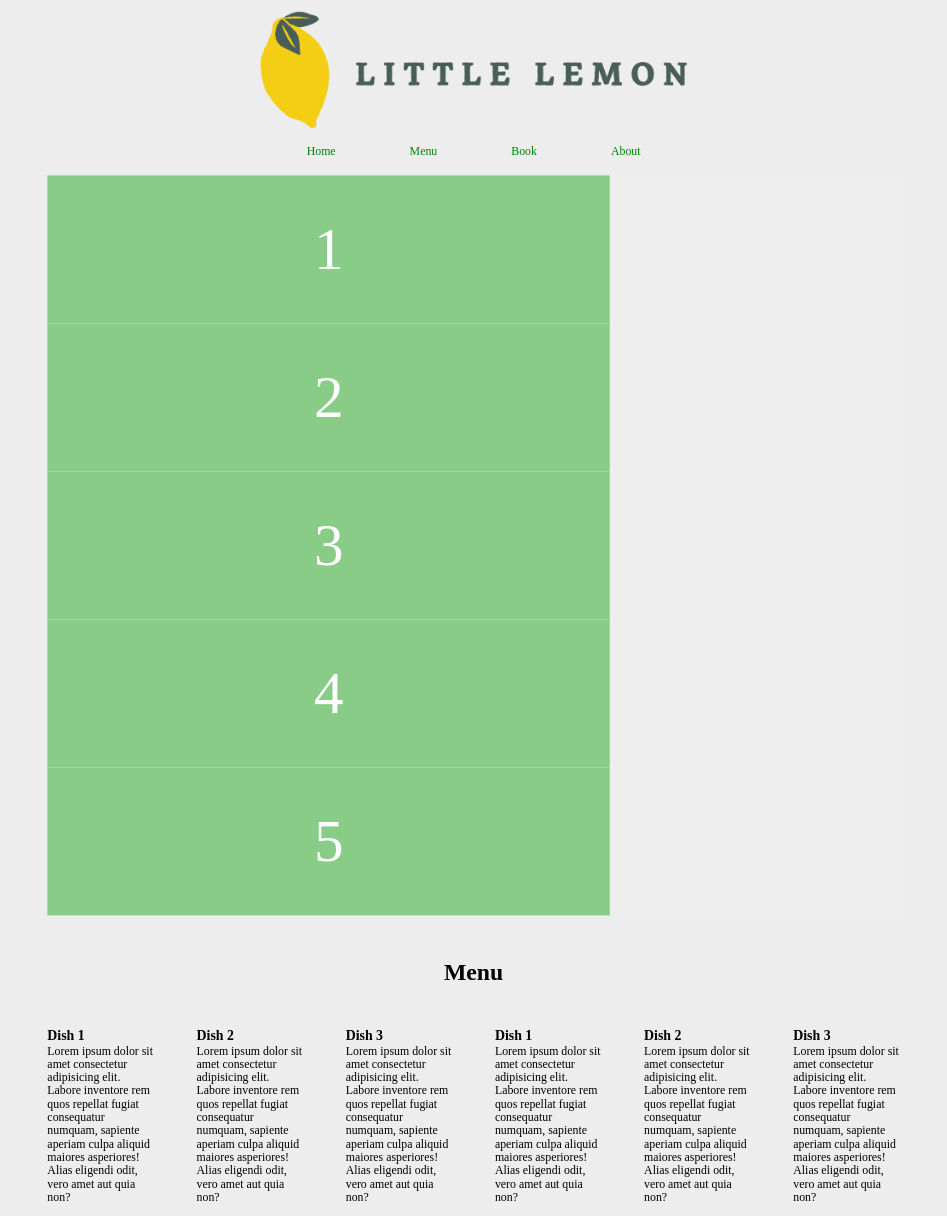
Repository: klone007/littleLemon
Page: index.html
These files come from the project's save history. The page is drawn as it stood at one moment and after the next save; the edit follows.
The browser window is 1280 px wide. The pictures show the whole page, at 74% of full size.

Above is the page before, as saved 2022-11-16 22:22:27.

### index.html
<!DOCTYPE html>
<html lang="en">
<head>
    <meta charset="UTF-8">
    <meta http-equiv="X-UA-Compatible" content="IE=edge">
    <meta name="viewport" content="width=device-width, initial-scale=1.0">
    <title>Little Lemon</title>
    <meta name="author" content="Owned by Maria & Jason">
    <meta name="description" content="Little lemon restaurant">

    <link rel="stylesheet" href="./styles.css">
    <link rel="stylesheet" href="/path/to/flickity.css" media="screen">
</head>
<body>
    <header>
        <img src="Asset 16@4x.png" alt="logo" />
    </header>

    <nav>
        <ul>
            <li><a href="#">Home</a></li>
            <li><a href="#">Menu</a></li>
            <li><a href="#">Book</a></li>
            <li><a href="#">About</a></li>
        </ul>
    </nav>

    <main>
        <div class="gallery js-flickity"
  data-flickity-options='{ "wrapAround": true }'>
  <div class="gallery-cell"></div>
  <div class="gallery-cell"></div>
  <div class="gallery-cell"></div>
  <div class="gallery-cell"></div>
  <div class="gallery-cell"></div>
</div>

        <h1>Menu</h1>
        <section>
            <article>
                <h3>Dish 1</h3>
                <p>Lorem ipsum dolor sit amet consectetur adipisicing elit. Labore inventore rem quos repellat fugiat consequatur numquam, sapiente aperiam culpa aliquid maiores asperiores! Alias eligendi odit, vero amet aut quia non?</p>
            </article>
            <article>
                <h3>Dish 2</h3>
                <p>Lorem ipsum dolor sit amet consectetur adipisicing elit. Labore inventore rem quos repellat fugiat consequatur numquam, sapiente aperiam culpa aliquid maiores asperiores! Alias eligendi odit, vero amet aut quia non?</p>
            </article>
            <article>
                <h3>Dish 3</h3>
                <p>Lorem ipsum dolor sit amet consectetur adipisicing elit. Labore inventore rem quos repellat fugiat consequatur numquam, sapiente aperiam culpa aliquid maiores asperiores! Alias eligendi odit, vero amet aut quia non?</p>
            </article>
            <article>
                <h3>Dish 1</h3>
                <p>Lorem ipsum dolor sit amet consectetur adipisicing elit. Labore inventore rem quos repellat fugiat consequatur numquam, sapiente aperiam culpa aliquid maiores asperiores! Alias eligendi odit, vero amet aut quia non?</p>
            </article>
            <article>
                <h3>Dish 2</h3>
                <p>Lorem ipsum dolor sit amet consectetur adipisicing elit. Labore inventore rem quos repellat fugiat consequatur numquam, sapiente aperiam culpa aliquid maiores asperiores! Alias eligendi odit, vero amet aut quia non?</p>
            </article>
            <article>
                <h3>Dish 3</h3>
                <p>Lorem ipsum dolor sit amet consectetur adipisicing elit. Labore inventore rem quos repellat fugiat consequatur numquam, sapiente aperiam culpa aliquid maiores asperiores! Alias eligendi odit, vero amet aut quia non?</p>
            </article>
        </section>
    </main>
</body>
</html>

### styles.css
*{
    margin:0;
    padding:0;
    -webkit-box-sizing: border-box;
    box-sizing: border-box;
}

body {
    background-color: #ededed;
    margin-top: 1rem;
    margin-bottom: 1rem;
    margin-left: 5%;
    margin-right: 5%;
}

header > img {
    display: block;
    margin-left: auto;
    margin-right: auto;
    width:50%;
}

nav  ul {
    list-style: none;
    display: flex;
    justify-content: center;
    margin: 2%;

}

nav a:link {
    text-decoration: none;
    color: green;
    padding: 10px 50px;

}

nav a:hover {
    background-color: green;
    color: antiquewhite;
}

main > h1 {
    display: flex;
    justify-content: center;
    align-items: center;
    margin-top:5%;
}
section {
    display: flex;
    justify-content: center;
    align-items: center;
    margin-top: 5%;
    margin-left: auto;
    margin-right: auto;
    gap: 5%;
}



.gallery {
    background: #EEE;
  }

  .gallery-cell {
    width: 66%;
    height: 200px;
    margin-right: 10px;
    background: #8C8;
    counter-increment: gallery-cell;
  }

  /* cell number */
  .gallery-cell:before {
    display: block;
    text-align: center;
    content: counter(gallery-cell);
    line-height: 200px;
    font-size: 80px;
    color: white;
  }

### docs/flickity.css
/*! Flickity v2.3.0
https://flickity.metafizzy.co
---------------------------------------------- */

.flickity-enabled {
  position: relative;
}

.flickity-enabled:focus { outline: none; }

.flickity-viewport {
  overflow: hidden;
  position: relative;
  height: 100%;
}

.flickity-slider {
  position: absolute;
  width: 100%;
  height: 100%;
}

/* draggable */

.flickity-enabled.is-draggable {
  -webkit-tap-highlight-color: transparent;
  -webkit-user-select: none;
     -moz-user-select: none;
      -ms-user-select: none;
          user-select: none;
}

.flickity-enabled.is-draggable .flickity-viewport {
  cursor: move;
  cursor: -webkit-grab;
  cursor: grab;
}

.flickity-enabled.is-draggable .flickity-viewport.is-pointer-down {
  cursor: -webkit-grabbing;
  cursor: grabbing;
}

/* ---- flickity-button ---- */

.flickity-button {
  position: absolute;
  background: hsla(0, 0%, 100%, 0.75);
  border: none;
  color: #333;
}

.flickity-button:hover {
  background: white;
  cursor: pointer;
}

.flickity-button:focus {
  outline: none;
  box-shadow: 0 0 0 5px #19F;
}

.flickity-button:active {
  opacity: 0.6;
}

.flickity-button:disabled {
  opacity: 0.3;
  cursor: auto;
  /* prevent disabled button from capturing pointer up event. #716 */
  pointer-events: none;
}

.flickity-button-icon {
  fill: currentColor;
}

/* ---- previous/next buttons ---- */

.flickity-prev-next-button {
  top: 50%;
  width: 44px;
  height: 44px;
  border-radius: 50%;
  /* vertically center */
  transform: translateY(-50%);
}

.flickity-prev-next-button.previous { left: 10px; }
.flickity-prev-next-button.next { right: 10px; }
/* right to left */
.flickity-rtl .flickity-prev-next-button.previous {
  left: auto;
  right: 10px;
}
.flickity-rtl .flickity-prev-next-button.next {
  right: auto;
  left: 10px;
}

.flickity-prev-next-button .flickity-button-icon {
  position: absolute;
  left: 20%;
  top: 20%;
  width: 60%;
  height: 60%;
}

/* ---- page dots ---- */

.flickity-page-dots {
  position: absolute;
  width: 100%;
  bottom: -25px;
  padding: 0;
  margin: 0;
  list-style: none;
  text-align: center;
  line-height: 1;
}

.flickity-rtl .flickity-page-dots { direction: rtl; }

.flickity-page-dots .dot {
  display: inline-block;
  width: 10px;
  height: 10px;
  margin: 0 8px;
  background: #333;
  border-radius: 50%;
  opacity: 0.25;
  cursor: pointer;
}

.flickity-page-dots .dot.is-selected {
  opacity: 1;
}

Loaded but not shown: docs/flickity.pkgd.min.js (library)

After the next save:
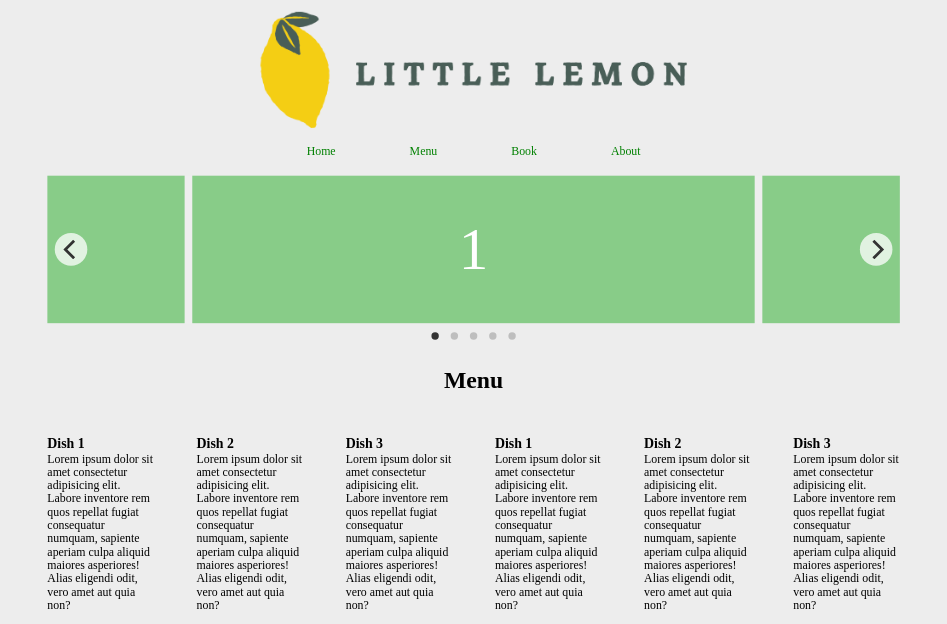
Saved 9 s later.
--- a/index.html
+++ b/index.html
@@ -12,6 +12,7 @@
     <link rel="stylesheet" href="/path/to/flickity.css" media="screen">
 </head>
 <body>
+    <script src="/path/to/flickity.pkgd.min.js"></script>
     <header>
         <img src="Asset 16@4x.png" alt="logo" />
     </header>
